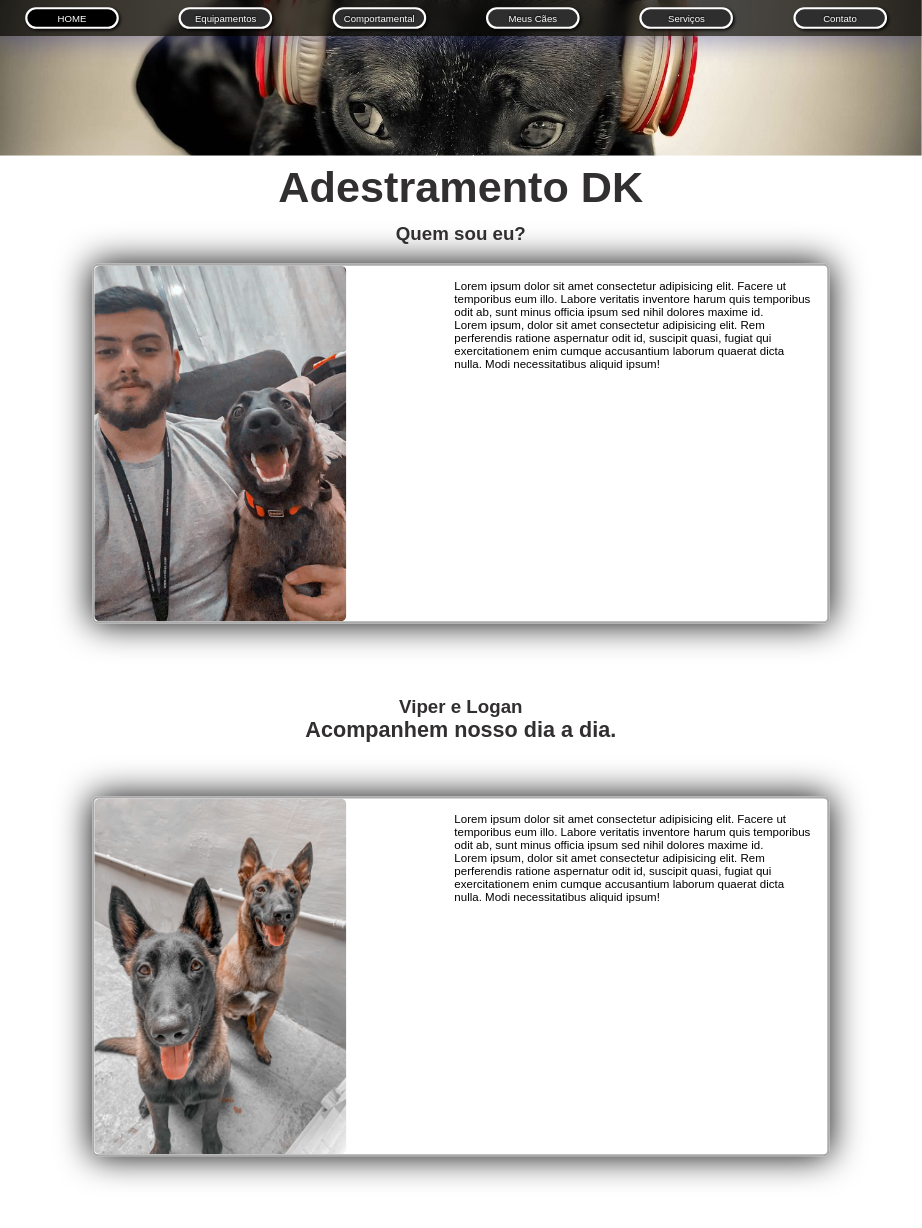
Repository: KevynMarques/Blog-React-StyledComponent
Page: /
An editor plug-in stored every save of this project. The page is shown before and after the next save, followed by the edit.
The browser window is 1280 px wide. The pictures show the whole page, at 72% of full size.
The project was rebuilt for these pictures with package versions that can differ from the ones it lists, and the page was loaded fresh each time. Also part of the build but not shown: src/Components/Equipamentos/style.jsx, src/Components/Equipamentos/index.jsx, src/Components/Comportamental/style.jsx, src/Components/Comportamental/index.jsx.

Above is the page before, as saved 2022-02-02 15:46:28.

### src/App.js
import Home from './Components/Home';
import Sobre from './Components/Sobre/index';
import { useState, useEffect } from 'react';
import { GlobalStyle } from './GlobalStyle';
import Geral from './Components/Geral/index';
import Equipamentos from './Components/Equipamentos/index'

function App() {

  const [geral, setGeral]=useState(<Sobre />);

  return (
    <>
    <Home setGeral={setGeral} />
    <Geral geral={geral} />
    <GlobalStyle/>
   </>
  );
}

export default App;

### src/Components/Home/index.jsx
import React from "react"
import { Home,  HomeB, Equip, Comportamental, MeusCaes, Serviços, Contato } from "./Style"
import Equipamentos from "../Equipamentos/index"
import Sobre from '../Sobre/index'
import Comport  from '../Comportamental/index'



export default (props) => {

  const clickEquipe = () => {
    return (
      props.setGeral(<Equipamentos />)
    );

  }

  const clickHome = () => {
    return (
      props.setGeral(<Sobre />)
    );

  }

  const clickComport = () => {
    return (
      props.setGeral(<Comport />)
    );

  }

  const clickMeusCaes = () => {
    return (
      props.setGeral(<Sobre />)
    );

  }

  const clickContato = () => {
    return (
      props.setGeral(<Sobre />)
    );

  }

  return (
   <>
    <Home>
       <HomeB onClick={clickHome} >HOME</HomeB>
       <Equip onClick={clickEquipe} >Equipamentos</Equip>
       <Comportamental onClick={clickComport} >Comportamental</Comportamental>
       <MeusCaes onClick={MeusCaes}>Meus Cães</MeusCaes>
       <Serviços onClick={clickHome}>Serviços</Serviços>
       <Contato onClick={clickHome}>Contato</Contato>

    </Home>
    </>
  );
}

### src/Components/Sobre/index.jsx
import { Sobre, Tittle, Dogs, Baner} from "./style"
import Foto from '../Image/foto.png'
import LV from '../Image/LV.jpg';
import Dog from '../Image/Dog.png'

export default () => {
  return (
<>
     <Baner>
       <img src={Dog} />
     </Baner>

   <Tittle>
    <h1>Adestramento DK</h1>
      <h2>Quem sou eu?</h2>
    </Tittle>


  <Sobre>
    <section>
    <p>Lorem ipsum dolor sit amet consectetur adipisicing elit. Facere ut temporibus eum illo. Labore veritatis inventore harum quis temporibus odit ab, sunt minus officia ipsum sed nihil dolores maxime id.
      <br></br>
    Lorem ipsum, dolor sit amet consectetur adipisicing elit. Rem perferendis ratione aspernatur odit id, suscipit quasi, fugiat qui exercitationem enim cumque accusantium laborum quaerat dicta nulla. Modi necessitatibus aliquid ipsum!
    </p>
       <div>
        <img src={Foto} />
       </div>
    </section>
  </Sobre>


  <Tittle>
      <h2>Viper e Logan</h2>
      <p>Acompanhem nosso dia a dia.</p>
    </Tittle>

<Dogs>
<section>
    <p>Lorem ipsum dolor sit amet consectetur adipisicing elit. Facere ut temporibus eum illo. Labore veritatis inventore harum quis temporibus odit ab, sunt minus officia ipsum sed nihil dolores maxime id.
      <br></br>
    Lorem ipsum, dolor sit amet consectetur adipisicing elit. Rem perferendis ratione aspernatur odit id, suscipit quasi, fugiat qui exercitationem enim cumque accusantium laborum quaerat dicta nulla. Modi necessitatibus aliquid ipsum!
    </p>
       <div>
        <img src={LV} />
       </div>
    </section>
</Dogs>

</>

  );
}

### src/GlobalStyle.js
import { createGlobalStyle } from 'styled-components';

 export const GlobalStyle = createGlobalStyle`
  * {
    margin: 0;
    padding: 0;
    box-sizing: border-box;

  }


`;

### src/Components/Geral/index.jsx
import React from "react"
import Equipamentos from "../Equipamentos";
import Sobre from "../Sobre";

export default (props) => {

  return (

    <>
    {props.geral}
    </>

  );

}

### src/Components/Home/Style.jsx
import styled from "styled-components";


export const  Home  = styled.div `
     width: 100vw;
     height: 50px;
     margin: 0;
     position: fixed;
     z-index: 99999;
     background: rgba( 0, 0, 0, 0.7 );
     box-shadow: 0 8px 32px 0 rgba( 31, 38, 135, 0.37 );
     backdrop-filter: blur( 7.5px );
     -webkit-backdrop-filter: blur( 7.5px );
     color:white;
     display: flex;
     align-items: center;
     justify-content: center;
`;

export const HomeB = styled.button `

font-family: Arial, Helvetica, sans-serif;
font-style:normal;
color:#ffffff;
background:#000000;
border:3px solid #ffffff;
text-shadow:0px -1px 3px #000000;
box-shadow:2px 2px 5px #000000;
-moz-box-shadow:2px 2px 5px #000000;
-webkit-box-shadow:2px 2px 5px #000000;
border-radius:25px 25px 25px 25px;
-moz-border-radius:25px 25px 25px 25px;
-webkit-border-radius:25px 25px 25px 25px;
width:130px;
height: 30px;

&:hover {
  background-color: black;
}

cursor:pointer;
margin:0 auto;
margin-left: 35px;

&:active {
  transform: scale(0.9);
}

`;


export const Equip = styled(HomeB) `

background:#2e2e2e;

`;

export const Comportamental = styled(HomeB) `

background:#2e2e2e;

`;


export const MeusCaes = styled(HomeB) `

background:#2e2e2e;

`;


export const Serviços = styled(HomeB) `

background:#2e2e2e;

`;

export const Contato = styled(HomeB) `

background:#2e2e2e;

`;

### src/Components/Sobre/style.jsx
import styled from "styled-components";

export const Baner= styled.div `
  width: 100%;
  height: 30vh;


    img {
    width: 100%;
    height: 100%;
    object-fit: cover;

    }
`;


export const Tittle = styled.h1`
@import url('https://fonts.googleapis.com/css2?family=Prompt:ital,wght@1,300&display=swap');
color: #312f2f;
font-size: 30px;
font-family: 'Prompt', sans-serif;
text-align: center;
height: 40px;
margin-top: 10px;

      h2 {
      font-size:26px ;
      margin-top: 15px;
      }
`;

export const  Sobre  = styled.section `
  height: 500px;
  border: solid 3px #aaaaaa;
  width: 80vw;
  margin: 100px  10%;
  border-radius: 8px;
  box-shadow: 0 0 3em Black;
  display: flex;


  div {
    width: 35%;
    height:494px;
    margin-top: -146px;
  }

  img {
    object-fit: cover;
    width: 100%;
    height: 100%;
    border-radius: 8px;
  }

p {
    width: 500px;
    margin-left: 500px;
    margin-top: 20px;
    font-size: 16px;
    font-family: Arial, Helvetica, sans-serif;
  }
`;



export const  Dogs  = styled(Sobre) `

`;

Loaded but not shown: public/index.html (common file); src/index.js (common file)

After the next save:
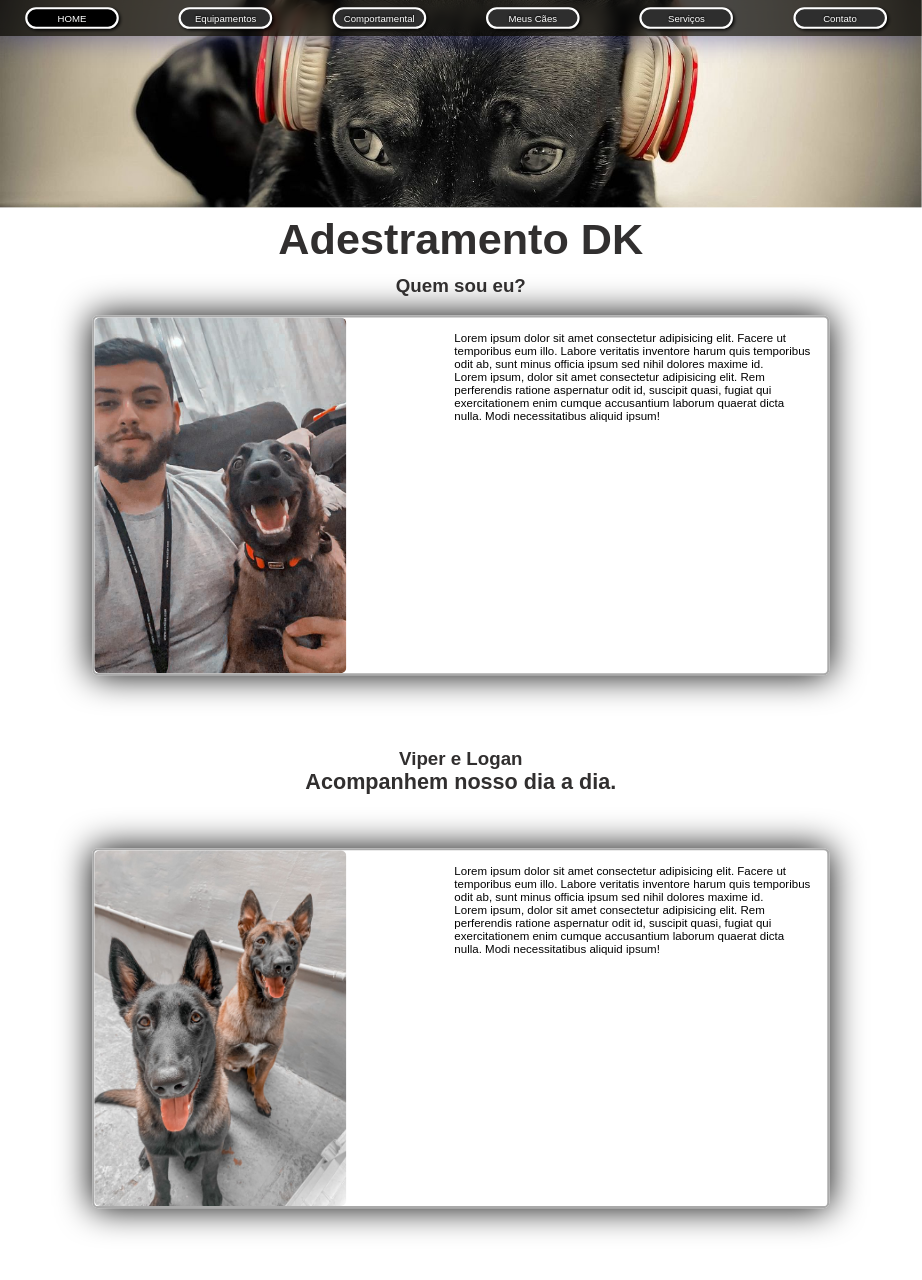
Saved 87 s later.
--- a/src/Components/Sobre/style.jsx
+++ b/src/Components/Sobre/style.jsx
@@ -2,7 +2,7 @@ import styled from "styled-components";
 
 export const Baner= styled.div `
   width: 100%;
-  height: 30vh;
+  height: 40vh;
 
 
     img {
